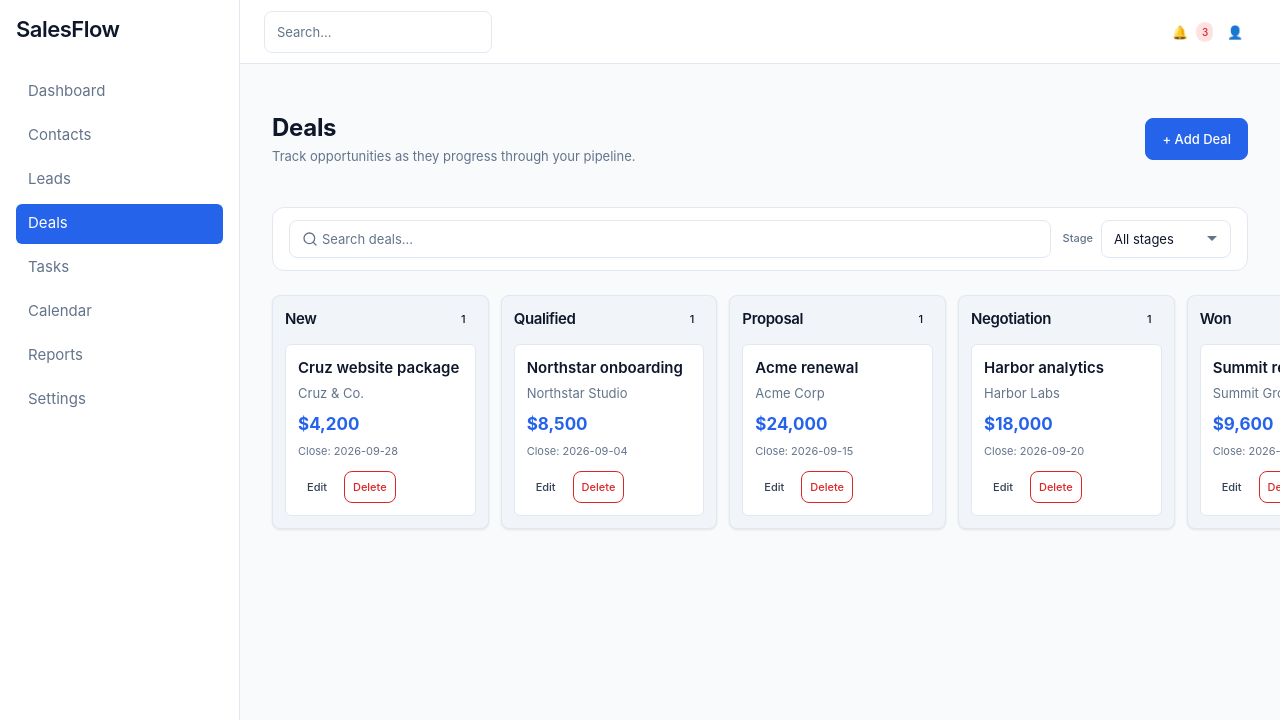
Repository: lawrencegonzaga-dev/salesflow-crm
Page: /deals
The author's editor kept a copy of each file at every save. The page is drawn from the files as they stood at one save, then again after the next save.
The browser window is 1280 px wide. The pictures show the whole page.
The project was rebuilt for these pictures with package versions that can differ from the ones it lists, and the page was loaded fresh each time. Also part of the build but not shown: vite.config.js, src/components/StatCard.jsx, src/components/DashboardLeads.jsx, src/components/DashboardDeals.jsx, src/components/DashboardTasks.jsx, src/components/RecentActivity.jsx, src/pages/Dashboard.jsx, src/components/ContactForm.jsx and 25 more.

Above is the page before, as saved 2026-08-18 16:48:38.

### index.html
<!doctype html>
<html lang="en">
  <head>
    <meta charset="UTF-8" />
    <link rel="icon" type="image/svg+xml" href="/favicon.svg" />
    <meta name="viewport" content="width=device-width, initial-scale=1.0" />
    <title>salesflow-crm</title>
  </head>
  <body>
    <div id="root"></div>
    <script type="module" src="/src/main.jsx"></script>
  </body>
</html>

### src/main.jsx
/* ========================================================= */
/* FILE: src/main.jsx */
/* ========================================================= */

import { StrictMode } from 'react';
import { createRoot } from 'react-dom/client';

import "./styles/main.css";
import App from './App.jsx';
import { CRMProvider } from "./context/CRMContext.jsx";

createRoot(document.getElementById('root')).render(
    <StrictMode>
        <CRMProvider>
            <App />
        </CRMProvider>
    </StrictMode>,
);

### src/styles/main.css
@import "./reset.css";
@import "./variables.css";
@import "./base.css";
@import "./layout.css";
@import "./utilities.css";

@import "./components/sidebar.css";
@import "./components/header.css";
@import "./components/toolbar.css";
@import "./components/button.css";
@import "./components/form.css";
@import "./components/card.css";
@import "./components/badge.css";
@import "./components/table.css";
@import "./components/modal.css";
@import "./components/kanban.css";
@import "./components/calendar.css";
@import "./components/leads.css";
@import "./components/tab.css";
@import "./components/pagination.css";
@import "./crm.css";

/* main.css */

### src/styles/reset.css
*,
*::before,
*::after {
  box-sizing: border-box;
}

html {
  -webkit-text-size-adjust: 100%;
}

body {
  margin: 0;
  background: var(--color-page);
  color: var(--color-text);
  font-family: var(--font-family);
  font-size: 16px;
  line-height: 1.5;

  -webkit-font-smoothing: antialiased;
  text-rendering: optimizeLegibility;
}

#root {
  min-height: 100vh;
}

h1, h2, h3, h4, h5, h6, p {
  margin: 0;
}

img, svg, video {
  display: block;
  max-width: 100%;
}

a {
  color: inherit;
}

### src/styles/utilities.css
.container {
  width: min(100%, var(--content-max-width));
  margin-inline: auto;
}

.visually-hidden {
  position: absolute;
  width: 1px;
  height: 1px;
  padding: 0;
  margin: -1px;
  overflow: hidden;
  clip: rect(0, 0, 0, 0);
  white-space: nowrap;
  border: 0;
}

### src/styles/components/header.css
.app-header {
  height: var(--header-height);

  display: flex;
  align-items: center;
  justify-content: space-between;

  padding: var(--header-padding);

  background: var(--color-surface);
  border-bottom: 1px solid var(--color-border);
  color: var(--color-text);
}

.app-header_left,
.app-header_right {
  display: flex;
  align-items: center;
  gap: var(--header-item-gap);
}

.menu-button {
  display: none;
}

@media (max-width: 768px) {
  .app-header {
    padding: 0 16px;
  }

  .app-header_right {
    display: none;
  }

  .menu-button {
    display: inline-grid;
    width: 40px;
    height: 40px;
    place-items: center;
    padding: 0;
    font-size: 20px;
    border-radius: var(--radius-sm);
  }
}
/* header.css */

### src/styles/components/tab.css
.tabs {
    display: flex;
    gap: 24px;
    border-bottom: 1px solid var(--color-border);
    margin-bottom: 24px;
}

.tab {
    position: relative;

    padding: 12px 4px;

    border: 0;
    background: transparent;

    color: var(--color-text-muted);
    font: inherit;
    font-weight: 500;

    cursor: pointer;
}

.tab--active {
    color: var(--color-text);
}

.tab--active::after {
    content: "";

    position: absolute;
    left: 0;
    right: 0;
    bottom: -1px;

    height: 2px;

    background: currentColor;
}

.tab-count {
    margin-left: 8px;
    font-size: 0.875rem;
}

### src/styles/components/pagination.css
.pagination {
    display: flex;
    align-items: center;
    justify-content: space-between;

    padding: 16px 0 0;
    margin-top: 16px;

    border-top: 1px solid var(--color-border);
}

.pagination-pages {
    display: flex;
    gap: 4px;
}

.pagination-page {
    min-width: 36px;
    height: 36px;

    border: 1px solid var(--color-border);
    border-radius: var(--radius-md);

    background: transparent;

    cursor: pointer;
}

.pagination-page--active {
    background: var(--color-primary);
    color: white;
}

.pagination button:disabled {
    opacity: 0.5;
    cursor: not-allowed;
}

### src/pages/Deals.jsx
/* ========================================================= */
/* FILE: src/pages/Deals.jsx */
/* ========================================================= */

import { useMemo, useState } from "react";
import RecordForm from "../components/RecordForm";
import { useCRM } from "../context/CRMContext";

const stages = [
    "New",
    "Qualified",
    "Proposal",
    "Negotiation",
    "Won",
    "Lost",
];

const fields = [
    {
        name: "name",
        label: "Deal name",
        required: true,
    },
    {
        name: "company",
        label: "Company",
        required: true,
    },
    {
        name: "value",
        label: "Value",
        type: "number",
        min: "0",
        required: true,
    },
    {
        name: "stage",
        label: "Stage",
        options: stages,
        defaultValue: "New",
    },
    {
        name: "closeDate",
        label: "Expected close date",
        type: "date",
        required: true,
    },
];

function Deals() {
    const { deals, saveRecord, deleteRecord } = useCRM();

    const [editingDeal, setEditingDeal] = useState(null);
    const [showForm, setShowForm] = useState(false);
    const [searchTerm, setSearchTerm] = useState("");
    const [stageFilter, setStageFilter] = useState("All");

    // Store only the ID of the dragged deal.
    const [draggedDealId, setDraggedDealId] = useState(null);

    /*
     * =========================================================
     * FILTER DEALS
     * =========================================================
     */

    const visibleDeals = useMemo(() => {
        const search = searchTerm.trim().toLowerCase();

        return deals
            .filter(
                (deal) =>
                    stageFilter === "All" ||
                    deal.stage === stageFilter
            )
            .filter((deal) => {
                return [
                    deal.name,
                    deal.company,
                    deal.stage,
                    deal.closeDate,
                    deal.value,
                ].some((value) =>
                    String(value ?? "")
                        .toLowerCase()
                        .includes(search)
                );
            });
    }, [deals, searchTerm, stageFilter]);

    /*
     * =========================================================
     * OPEN NEW DEAL
     * =========================================================
     */

    function openNewDeal() {
        setEditingDeal(null);
        setShowForm(true);
    }

    /*
     * =========================================================
     * OPEN EDIT DEAL
     * =========================================================
     */

    function openEditDeal(deal) {
        setEditingDeal(deal);
        setShowForm(true);
    }

    /*
     * =========================================================
     * CLOSE FORM
     * =========================================================
     */

    function closeForm() {
        setEditingDeal(null);
        setShowForm(false);
    }

    /*
     * =========================================================
     * SAVE DEAL
     * =========================================================
     */

    function saveDeal(deal) {
        saveRecord("deals", {
            ...deal,
            value: Number(deal.value) || 0,
        });

        closeForm();
    }

    /*
     * =========================================================
     * DELETE DEAL
     * =========================================================
     */

    function deleteDeal(id) {
        if (
            window.confirm(
                "Delete this deal? This cannot be undone."
            )
        ) {
            deleteRecord("deals", id);

            if (editingDeal?.id === id) {
                closeForm();
            }
        }
    }

    /*
     * =========================================================
     * DROP DEAL INTO NEW STAGE
     * =========================================================
     */

    function handleDrop(stage) {
        if (!draggedDealId) {
            return;
        }

        /*
         * Find the CURRENT deal from CRM data.
         *
         * We use the ID instead of keeping the entire
         * deal object in drag state.
         */
        const draggedDeal = deals.find(
            (deal) => deal.id === draggedDealId
        );

        /*
         * Safety check.
         */
        if (!draggedDeal) {
            setDraggedDealId(null);
            return;
        }

        /*
         * If the deal is dropped into the same stage,
         * there is nothing to update.
         */
        if (draggedDeal.stage === stage) {
            setDraggedDealId(null);
            return;
        }

        /*
         * Update the EXISTING deal.
         *
         * The original ID is preserved.
         */
        saveRecord("deals", {
            ...draggedDeal,
            stage,
        });

        setDraggedDealId(null);
    }

    /*
     * =========================================================
     * PAGE
     * =========================================================
     */

    return (
        <section className="page">
            {/* ================================================= */}
            {/* PAGE HEADER */}
            {/* ================================================= */}

            <header className="page-header">
                <div>
                    <h1 className="page-title">
                        Deals
                    </h1>

                    <p className="body-text">
                        Track opportunities as they progress
                        through your pipeline.
                    </p>
                </div>

                <div className="page-actions">
                    <button
                        className="button button--primary"
                        type="button"
                        onClick={openNewDeal}
                    >
                        + Add Deal
                    </button>
                </div>
            </header>

            {/* ================================================= */}
            {/* DEAL FORM MODAL */}
            {/* ================================================= */}

            {showForm && (
                <div
                    className="form-overlay"
                    onClick={closeForm}
                >
                    <section
                        className="form-card"
                        role="dialog"
                        aria-modal="true"
                        aria-labelledby="deal-form-title"
                        onClick={(event) =>
                            event.stopPropagation()
                        }
                    >
                        <div className="form-card__header">
                            <div>
                                <h2
                                    id="deal-form-title"
                                    className="form-card__title"
                                >
                                    {editingDeal
                                        ? "Edit Deal"
                                        : "Add Deal"}
                                </h2>

                                <p className="form-card__subtitle">
                                    {editingDeal
                                        ? "Update deal details."
                                        : "Create a new sales opportunity."}
                                </p>
                            </div>

                            <button
                                type="button"
                                className="form-card__close"
                                onClick={closeForm}
                                aria-label="Close form"
                            >
                                ×
                            </button>
                        </div>

                        <RecordForm
                            key={
                                editingDeal?.id ??
                                "new"
                            }
                            fields={fields}
                            record={editingDeal}
                            submitLabel={
                                editingDeal
                                    ? "Update Deal"
                                    : "Create Deal"
                            }
                            onSave={saveDeal}
                            onCancel={closeForm}
                        />
                    </section>
                </div>
            )}

            {/* ================================================= */}
            {/* TOOLBAR */}
            {/* ================================================= */}

            <section className="toolbar">
                <div className="search-field">
                    <input
                        type="text"
                        placeholder="Search deals..."
                        value={searchTerm}
                        onChange={(event) =>
                            setSearchTerm(
                                event.target.value
                            )
                        }
                    />
                </div>

                <div className="filter-group">
                    <label htmlFor="deal-stage">
                        Stage
                    </label>

                    <select
                        id="deal-stage"
                        value={stageFilter}
                        onChange={(event) =>
                            setStageFilter(
                                event.target.value
                            )
                        }
                    >
                        <option value="All">
                            All stages
                        </option>

                        {stages.map((stage) => (
                            <option
                                key={stage}
                                value={stage}
                            >
                                {stage}
                            </option>
                        ))}
                    </select>
                </div>
            </section>

            {/* ================================================= */}
            {/* KANBAN BOARD */}
            {/* ================================================= */}

            <div className="kanban-board">
                {stages.map((stage) => {
                    const stageDeals =
                        visibleDeals.filter(
                            (deal) =>
                                deal.stage === stage
                        );

                    return (
                        <section
                            className={`kanban-column ${
                                draggedDealId
                                    ? "kanban-column--drop-target"
                                    : ""
                            }`}
                            key={stage}
                            onDragOver={(event) => {
                                event.preventDefault();
                            }}
                            onDrop={() =>
                                handleDrop(stage)
                            }
                        >
                            {/* ================================= */}
                            {/* COLUMN HEADER */}
                            {/* ================================= */}

                            <header className="kanban-column_header">
                                <h2>{stage}</h2>

                                <span className="badge">
                                    {stageDeals.length}
                                </span>
                            </header>

                            {/* ================================= */}
                            {/* COLUMN BODY */}
                            {/* ================================= */}

                            <div className="kanban-column_body">
                                {stageDeals.map(
                                    (deal) => (
                                        <article
                                            className="deal-card"
                                            key={deal.id}
                                            draggable
                                            onDragStart={() =>
                                                setDraggedDealId(
                                                    deal.id
                                                )
                                            }
                                            onDragEnd={() =>
                                                setDraggedDealId(
                                                    null
                                                )
                                            }
                                        >
                                            {/* ========================= */}
                                            {/* DEAL INFORMATION */}
                                            {/* ========================= */}

                                            <h3>
                                                {deal.name}
                                            </h3>

                                            <p>
                                                {
                                                    deal.company
                                                }
                                            </p>

                                            <strong>
                                                $
                                                {Number(
                                                    deal.value ||
                                                        0
                                                ).toLocaleString()}
                                            </strong>

                                            <small>
                                                Close:{" "}
                                                {deal.closeDate ||
                                                    "Not set"}
                                            </small>

                                            {/* ========================= */}
                                            {/* ACTIONS */}
                                            {/* ========================= */}

                                            <div className="row-actions">
                                                <button
                                                    type="button"
                                                    className="button button--sm button--ghost"
                                                    onClick={() =>
                                                        openEditDeal(
                                                            deal
                                                        )
                                                    }
                                                >
                                                    Edit
                                                </button>

                                                <button
                                                    type="button"
                                                    className="button button--sm button--danger"
                                                    onClick={() =>
                                                        deleteDeal(
                                                            deal.id
                                                        )
                                                    }
                                                >
                                                    Delete
                                                </button>
                                            </div>
                                        </article>
                                    )
                                )}

                                {/* ================================= */}
                                {/* EMPTY COLUMN */}
                                {/* ================================= */}

                                {stageDeals.length ===
                                    0 && (
                                    <p className="kanban-empty">
                                        No deals
                                    </p>
                                )}
                            </div>
                        </section>
                    );
                })}
            </div>
        </section>
    );
}

export default Deals;

### src/components/Sidebar.jsx
import { NavLink } from "react-router-dom";
import navigation from "../data/navigation";

function Sidebar({ isOpen, onNavigate }) {
    return (
        <aside className={`app-sidebar ${isOpen ? "app-sidebar--open" : ""}`}>
            <h2>SalesFlow</h2>

            <nav className="sidebar-nav">
                {navigation.map((item) => (
                    <NavLink
                        key={item.path}
                        to={item.path}
                        className="sidebar-nav_item"
                        onClick={onNavigate}
                    >
                        {item.label}
                    </NavLink>
                ))}
            </nav>
        </aside>
    );
}

export default Sidebar;

Loaded but not shown: src/data/navigation.js (48 lines, source omitted); src/context/CRMContext.jsx (453 lines, source omitted); src/styles/crm.css (441 lines, source omitted); src/styles/variables.css (230 lines, source omitted); src/styles/components/modal.css (221 lines, source omitted); src/styles/components/form.css (194 lines, source omitted); src/styles/layout.css (206 lines, source omitted); src/styles/components/button.css (158 lines, source omitted); src/styles/components/table.css (162 lines, source omitted); src/styles/base.css (167 lines, source omitted); src/styles/components/card.css (154 lines, source omitted); src/styles/components/calendar.css (148 lines, source omitted); src/styles/components/kanban.css (153 lines, source omitted); src/styles/components/toolbar.css (127 lines, source omitted); src/styles/components/badge.css (120 lines, source omitted); src/styles/components/leads.css (91 lines, source omitted); src/components/Header.jsx (47 lines, source omitted); src/App.jsx (37 lines, source omitted); src/layouts/AppLayout.jsx (44 lines, source omitted); src/styles/components/sidebar.css (53 lines, source omitted)

After the next save:
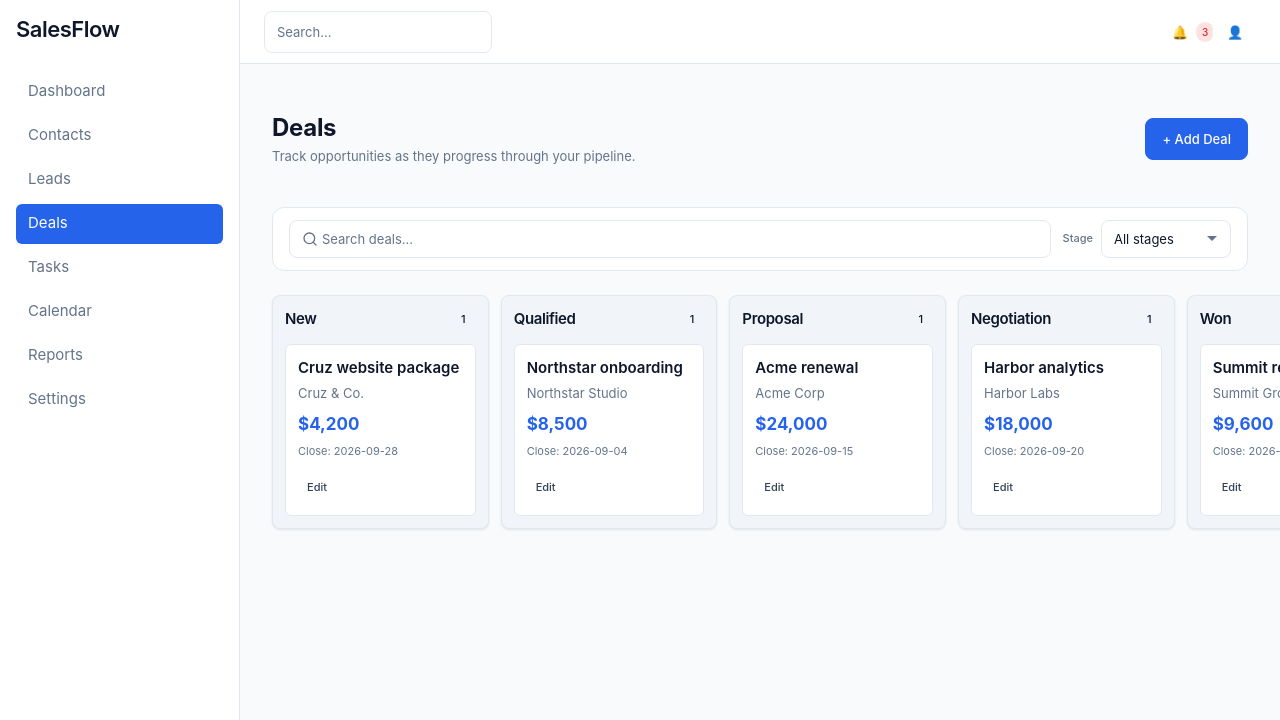
Saved 8 min 1 s later.
--- a/src/pages/Deals.jsx
+++ b/src/pages/Deals.jsx
@@ -461,7 +461,7 @@ function Deals() {
                                                     Edit
                                                 </button>
 
-                                                <button
+                                                {/* <button
                                                     type="button"
                                                     className="button button--sm button--danger"
                                                     onClick={() =>
@@ -471,7 +471,7 @@ function Deals() {
                                                     }
                                                 >
                                                     Delete
-                                                </button>
+                                                </button> */}
                                             </div>
                                         </article>
                                     )
